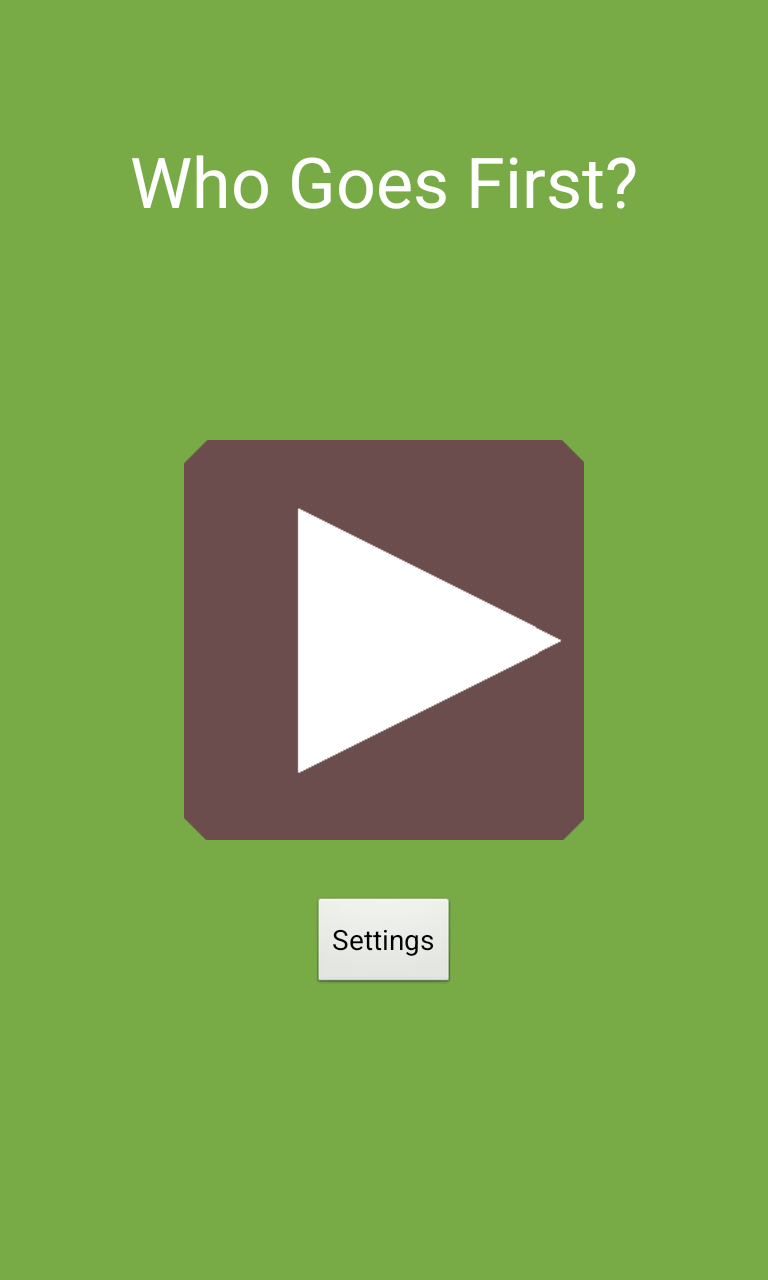
Repository: DarwinLYang/WhoGoesFirstApp
Layout: Who First/WhoFirst/res/layout/fragment_main.xml
These files come from the project's save history. The layout is drawn as it stood at one moment and after the next save; the edit follows.
It is drawn on a 768 x 1280 px phone screen (xhdpi) without system bars, with theme android:Theme.NoTitleBar.Fullscreen; the app's code is not run.

Above is the layout before, as saved 2014-04-11 21:26:18.

After the next save:
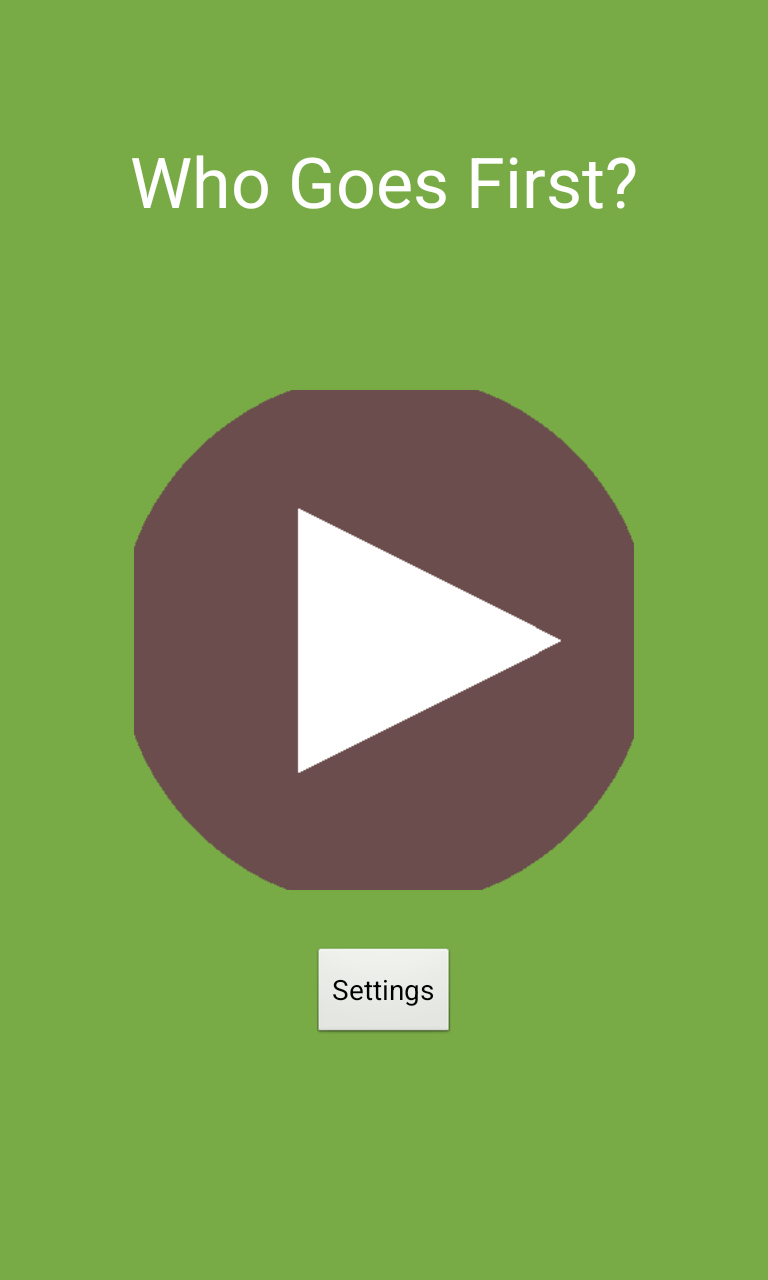
Saved 13 s later.
--- a/Who First/WhoFirst/res/layout/fragment_main.xml
+++ b/Who First/WhoFirst/res/layout/fragment_main.xml
@@ -19,8 +19,8 @@
 
     <ImageButton
         android:id="@+id/questionButton"
-        android:layout_width="200dip"
-        android:layout_height="200dip"
+        android:layout_width="250dip"
+        android:layout_height="250dip"
         android:layout_centerHorizontal="true"
         android:layout_centerVertical="true"
         android:adjustViewBounds="true"
